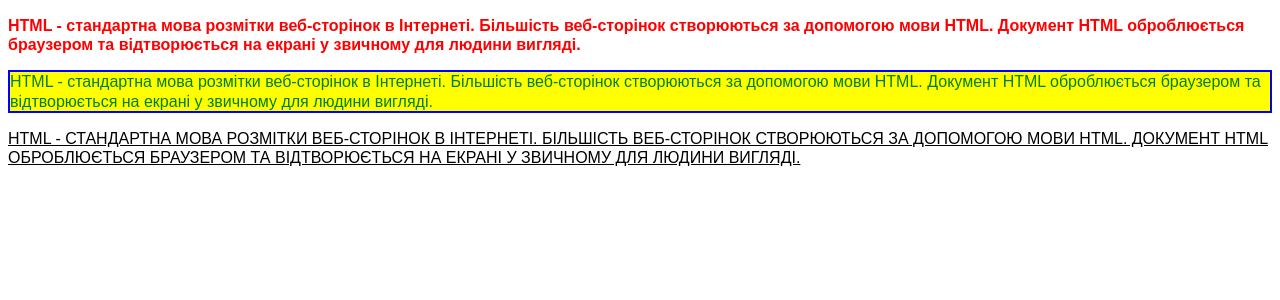
Repository: vlad-zeus/IT20
Page: 01_HTML/g2_gorodetsky_vladislav_dz_01/index03 copy.html
The author's editor kept a copy of each file at every save. The page is drawn from the files as they stood at one save, then again after the next save.
The browser window is 1280 px wide. The pictures show the whole page.

Above is the page before, as saved 2021-10-25 16:47:09.

### 01_HTML/g2_gorodetsky_vladislav_dz_01/index03 copy.html
<!DOCTYPE html>
<html>
  <head>
    <meta charset="UTF-8" />
    <title>Вивчаємо CSS</title>
    <style>
      body {
        font-family: Arial;
        font-size: 16px;
        line-height: 1.2em;
      }
      .paragraf1 {
        color: red;
        font-weight: bold;
      }
      .paragraf2 {
        border-width: 2px;
        border-style: solid;
        border-color: blue;
        background-color: yellow;
        color: green;
        justify-content: right;
      }
      .paragraf3 {
        text-transform: uppercase;
        text-decoration: underline;
      }
    </style>
  </head>

  <body>
    <!-- Відформатуйте текст, наведений нижче-->

    <p class="paragraf1">
      HTML - стандартна мова розмітки веб-сторінок в Інтернеті. Більшість
      веб-сторінок створюються за допомогою мови HTML. Документ HTML
      оброблюється браузером та відтворюється на екрані у звичному для людини
      вигляді.
    </p>

    <p class="paragraf2">
      HTML - стандартна мова розмітки веб-сторінок в Інтернеті. Більшість
      веб-сторінок створюються за допомогою мови HTML. Документ HTML
      оброблюється браузером та відтворюється на екрані у звичному для людини
      вигляді.
    </p>

    <p class="paragraf3">
      HTML - стандартна мова розмітки веб-сторінок в Інтернеті. Більшість
      веб-сторінок створюються за допомогою мови HTML. Документ HTML
      оброблюється браузером та відтворюється на екрані у звичному для людини
      вигляді.
    </p>
  </body>
</html>

After the next save:
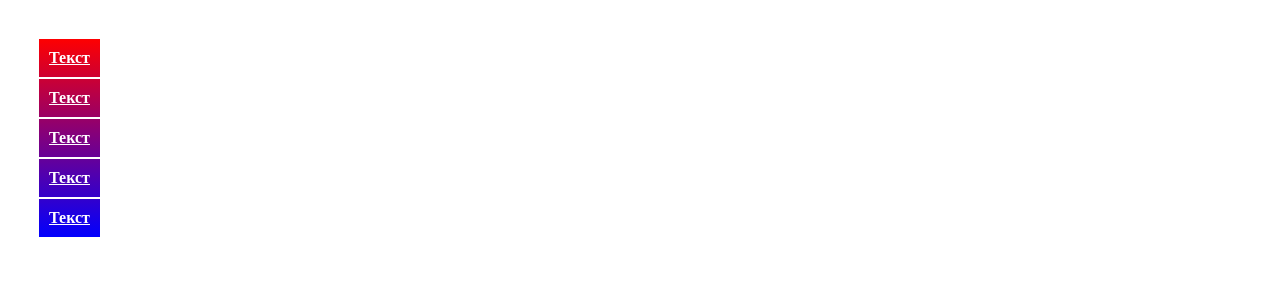
Saved 83 s later.
--- a/01_HTML/g2_gorodetsky_vladislav_dz_01/index03 copy.html
+++ b/01_HTML/g2_gorodetsky_vladislav_dz_01/index03 copy.html
@@ -5,51 +5,48 @@
     <title>Вивчаємо CSS</title>
     <style>
       body {
-        font-family: Arial;
-        font-size: 16px;
-        line-height: 1.2em;
+        padding: 30px;
       }
-      .paragraf1 {
-        color: red;
+      nav {
+        background: -webkit-linear-gradient(
+          red,
+          blue
+        ); /* For Safari 5.1 to 6.0 */
+        background: -o-linear-gradient(red, blue); /* For Opera 11.1 to 12.0 */
+        background: -moz-linear-gradient(red, blue); /* For Firefox 3.6 to 15 */
+        background: linear-gradient(
+          red,
+          blue
+        ); /* Standard syntax (must be last) */
+        display: inline-block;
+      }
+      ul,
+      li {
+        margin: 0;
+        padding: 0;
+      }
+      a {
+        color: white;
         font-weight: bold;
       }
-      .paragraf2 {
-        border-width: 2px;
-        border-style: solid;
-        border-color: blue;
-        background-color: yellow;
-        color: green;
-        justify-content: right;
-      }
-      .paragraf3 {
-        text-transform: uppercase;
-        text-decoration: underline;
+      li {
+        list-style-type: none;
+        padding: 10px;
+        border: 1px solid white;
+        /* додайте стилі тут */
       }
     </style>
   </head>
 
   <body>
-    <!-- Відформатуйте текст, наведений нижче-->
-
-    <p class="paragraf1">
-      HTML - стандартна мова розмітки веб-сторінок в Інтернеті. Більшість
-      веб-сторінок створюються за допомогою мови HTML. Документ HTML
-      оброблюється браузером та відтворюється на екрані у звичному для людини
-      вигляді.
-    </p>
-
-    <p class="paragraf2">
-      HTML - стандартна мова розмітки веб-сторінок в Інтернеті. Більшість
-      веб-сторінок створюються за допомогою мови HTML. Документ HTML
-      оброблюється браузером та відтворюється на екрані у звичному для людини
-      вигляді.
-    </p>
-
-    <p class="paragraf3">
-      HTML - стандартна мова розмітки веб-сторінок в Інтернеті. Більшість
-      веб-сторінок створюються за допомогою мови HTML. Документ HTML
-      оброблюється браузером та відтворюється на екрані у звичному для людини
-      вигляді.
-    </p>
+    <nav>
+      <ul>
+        <li><a href="#">Текст</a></li>
+        <li><a href="#">Текст</a></li>
+        <li><a href="#">Текст</a></li>
+        <li><a href="#">Текст</a></li>
+        <li><a href="#">Текст</a></li>
+      </ul>
+    </nav>
   </body>
 </html>
